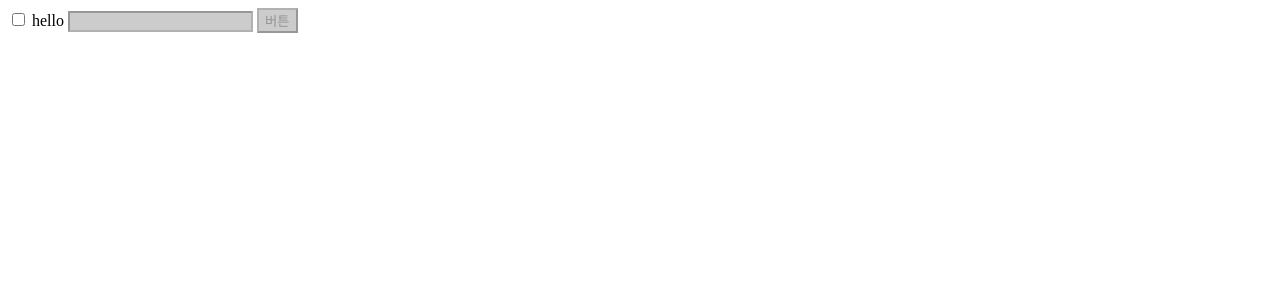
Repository: ggandory/CODE
Page: CSS5.html
The author's editor kept a copy of each file at every save. The page is drawn from the files as they stood at one save, then again after the next save.
The browser window is 1280 px wide. The pictures show the whole page.

Above is the page before, as saved 2024-01-04 23:17:36.

After the next save:
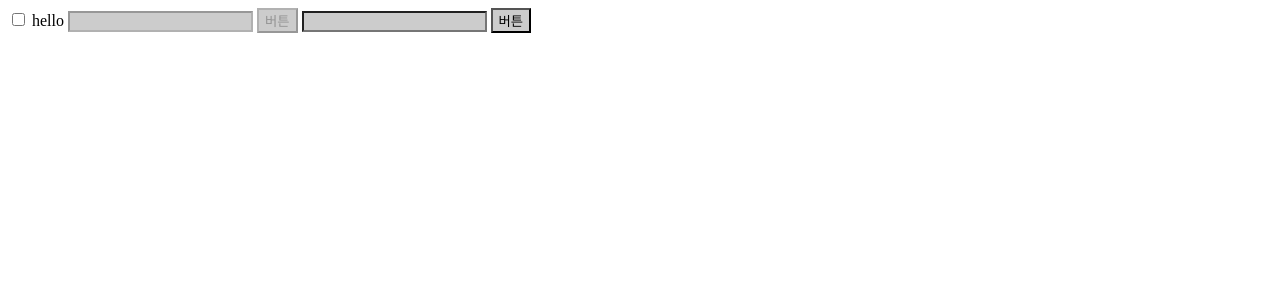
Saved 100 s later.
--- a/CSS5.html
+++ b/CSS5.html
@@ -18,12 +18,21 @@
       button:disabled {
         background-color: #ccc;
       }
+
+      input:enabled,
+      button:enabled {
+        background-color: #ccc;
+      }
     </style>
   </head>
   <body>
     <input type="checkbox" />
     <label>hello</label>
+
     <input type="text" disabled />
     <button disabled>버튼</button>
+
+    <input type="text" />
+    <button>버튼</button>
   </body>
 </html>
